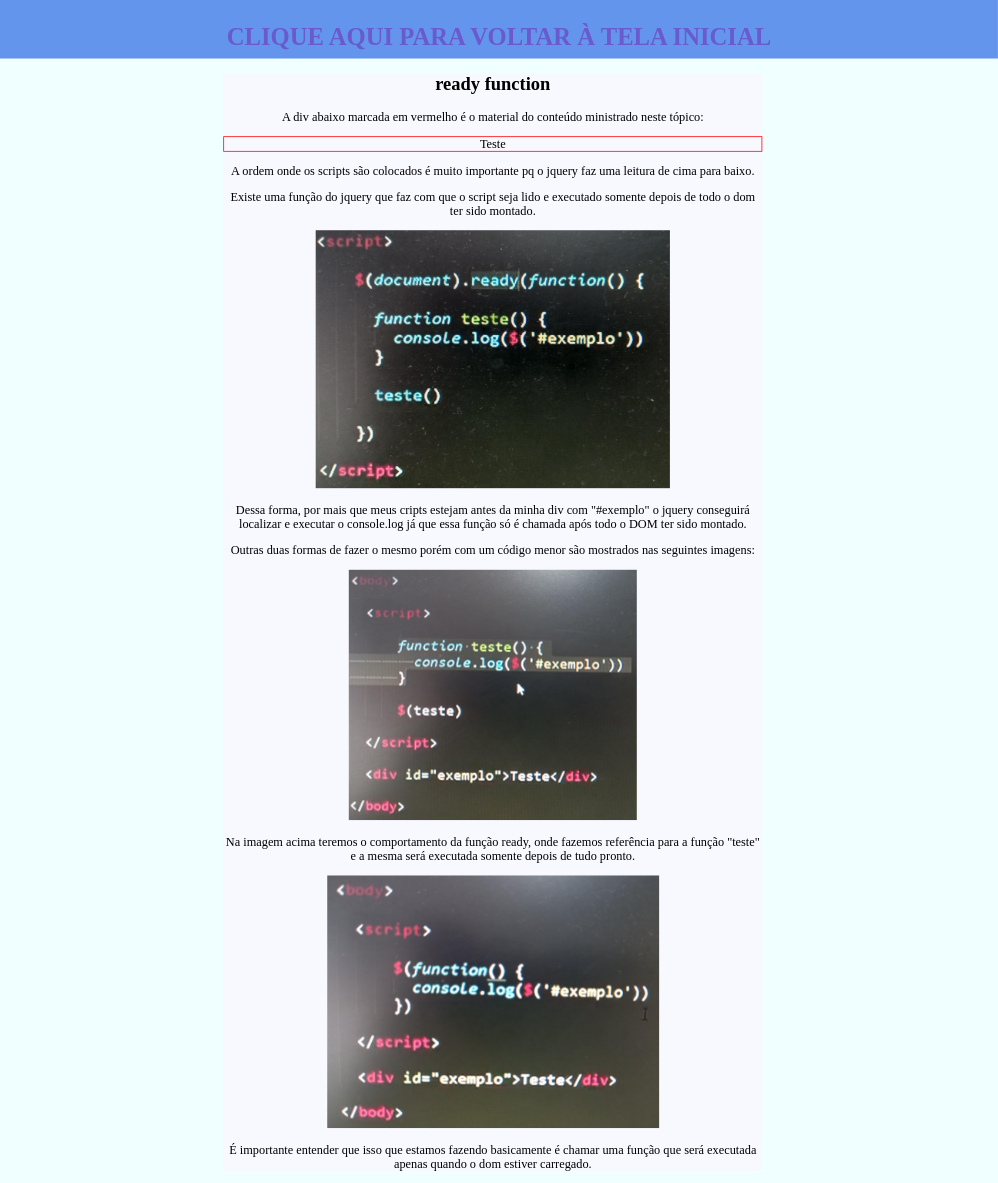
Repository: 2001mariana/jquery
Page: execution-sequence.html
An editor plug-in stored every save of this project. The page is shown before and after the next save, followed by the edit.
The browser window is 1280 px wide. The page is 1296 px wide, so the pictures cover 1296 px, including what lies to the right of the window. The pictures show the whole page, at 77% of full size.

Above is the page before, as saved 2022-08-04 15:14:45.

### execution-sequence.html
<!DOCTYPE html>
<html>
<head>
    <meta charset='utf-8'>
    <meta http-equiv='X-UA-Compatible' content='IE=edge'>
    <title>Parte 1- select elements</title>
    <meta name='viewport' content='width=device-width, initial-scale=1'>
    <!-- <link rel='stylesheet' type='text/css' media='screen' href='main.css'> -->
    <!-- <script src='main.js'></script> -->
    <script src="https://code.jquery.com/jquery-3.6.0.min.js" integrity="sha256-/xUj+3OJU5yExlq6GSYGSHk7tPXikynS7ogEvDej/m4=" crossorigin="anonymous"></script>
    <script src="script.js"></script>
</head>
  <body style="margin: 0 auto; background-color: 	#F0FFFF;">

		<div id="header" style="background-color: #6495ED; height: 60px; width: 100%; padding: 8px;">
			<a href="index.html" style="text-decoration: none; text-transform: uppercase; color:#FFFFFF;"><h1>
				Clique aqui para voltar à tela inicial</h1></a>
		</div>

    <div id="page-size" style="background-color: #F8F8FF;">
      <h2>ready function</h2>
      <p>A div abaixo marcada em vermelho é o material do conteúdo ministrado neste tópico:</p>
      <div id="exemplo">Teste</div>
      <p>A ordem onde os scripts são colocados é muito importante pq o jquery faz uma leitura de cima para baixo.</p>
      <p>Existe uma função do jquery que faz com que o script seja lido e executado somente depois de todo o dom ter sido montado.</p>
      <img src="img/function-ready.PNG" id="imagem" />
      <p>Dessa forma, por mais que meus cripts estejam antes da minha div com "#exemplo" o jquery conseguirá localizar e executar o console.log já que essa função só é chamada após todo o DOM ter sido montado.</p>
      <p>Outras duas formas de fazer o mesmo porém com um código menor são mostrados nas seguintes imagens:</p>
      <img src="img/function-ready-hidden.PNG" id="imagem" />
      <p>Na imagem acima teremos o comportamento da função ready, onde fazemos referência para a função "teste" e a mesma será executada somente depois de tudo pronto.</p>
      <img src="img/function-nameless.PNG" id="imagem" />
      <p>É importante entender que isso que estamos fazendo basicamente é chamar uma função que será executada apenas quando o dom estiver carregado.</p>
    </div>
</body>
<script>
$("h1").css("color", "#6A5ACD")
$("h1").css("text-transform", "uppercase")
$("h1").css("margin-bottom", "26px")
$("body").css("text-align", "center")
$("div#exemplo").css("border", "1px solid red")
$("div#page-size").css("width", "700px")
$("div#page-size").css("margin", "auto")
</script>
</html>

### script.js
$(document).ready(function() {
	console.log($('#exemplo'))
    //Aqui ficará todo o código javascript necessário na nossa aplicação
})

After the next save:
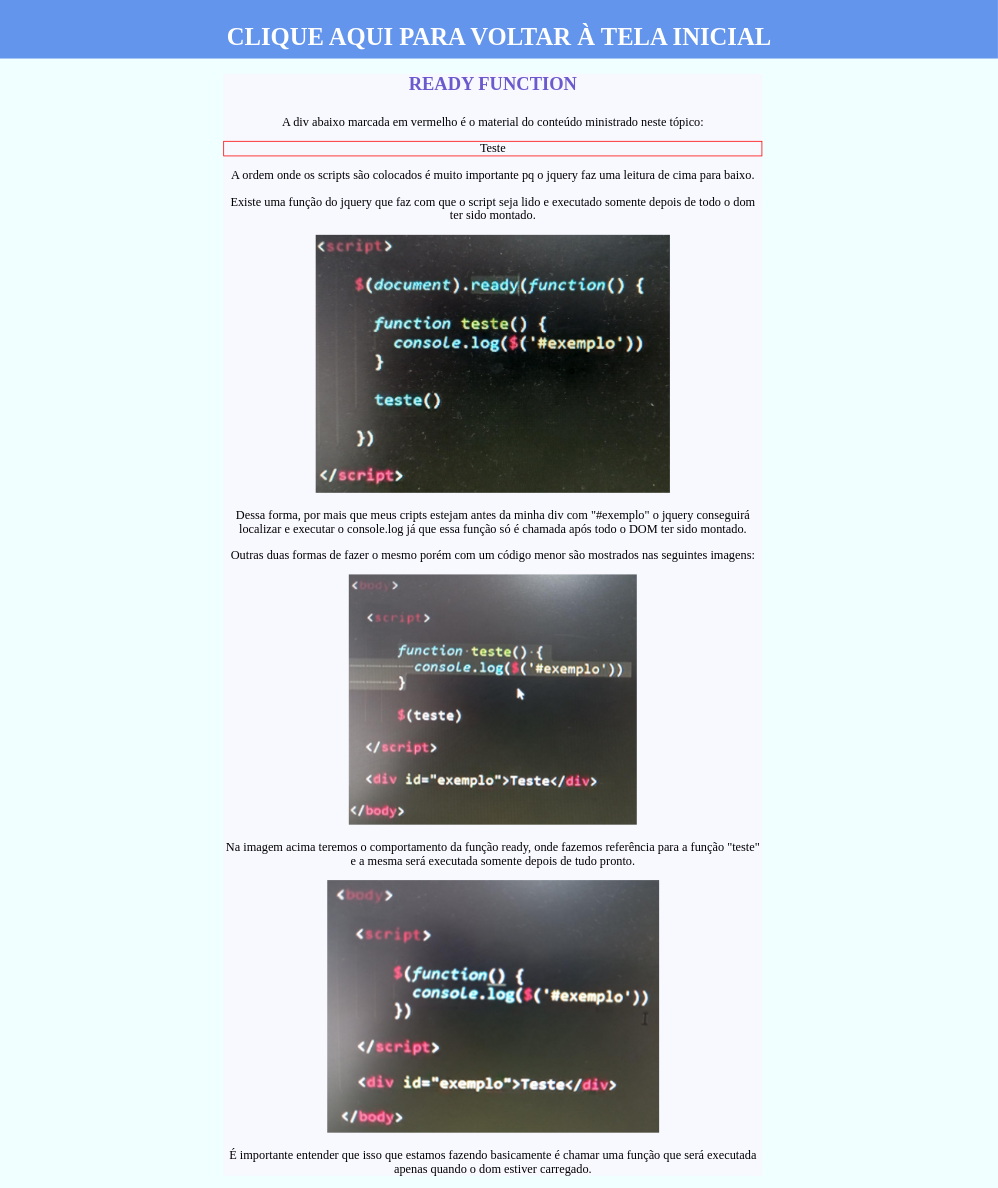
Saved 7 s later.
--- a/execution-sequence.html
+++ b/execution-sequence.html
@@ -33,9 +33,9 @@
     </div>
 </body>
 <script>
-$("h1").css("color", "#6A5ACD")
-$("h1").css("text-transform", "uppercase")
-$("h1").css("margin-bottom", "26px")
+$("h2").css("color", "#6A5ACD")
+$("h2").css("text-transform", "uppercase")
+$("h2").css("margin-bottom", "26px")
 $("body").css("text-align", "center")
 $("div#exemplo").css("border", "1px solid red")
 $("div#page-size").css("width", "700px")
